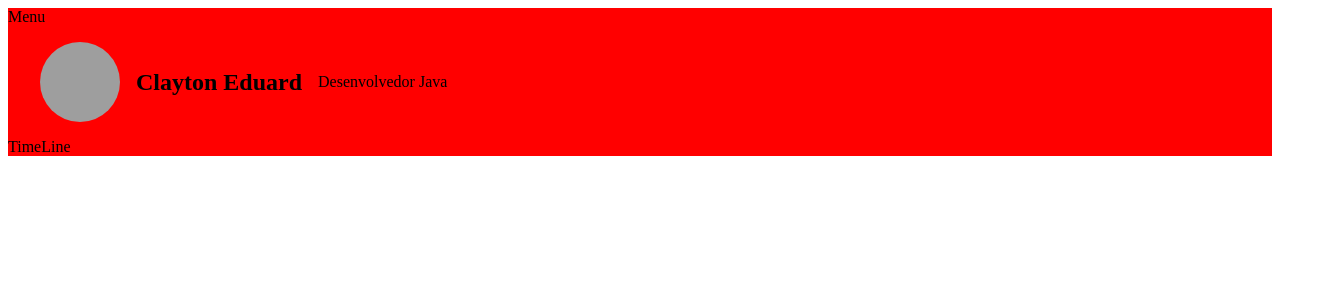
Repository: ClaytonEduard/imersaoaluratube
Page: /
These files come from the project's save history. The page is drawn as it stood at one moment and after the next save; the edit follows.
The browser window is 1280 px wide. The page is 1336 px wide, so the pictures cover 1336 px, including what lies to the right of the window. The pictures show the whole page.
Pictures or frames that could not be fetched are drawn as grey boxes. The project was rebuilt for these pictures with package versions that can differ from the ones it lists, and the page was loaded fresh each time. The framework's server and built-in components were replaced by stand-ins that run in the browser. Also part of the build but not shown: next.config.js.

Above is the page before, as saved 2022-11-10 23:24:06.

After the next save:
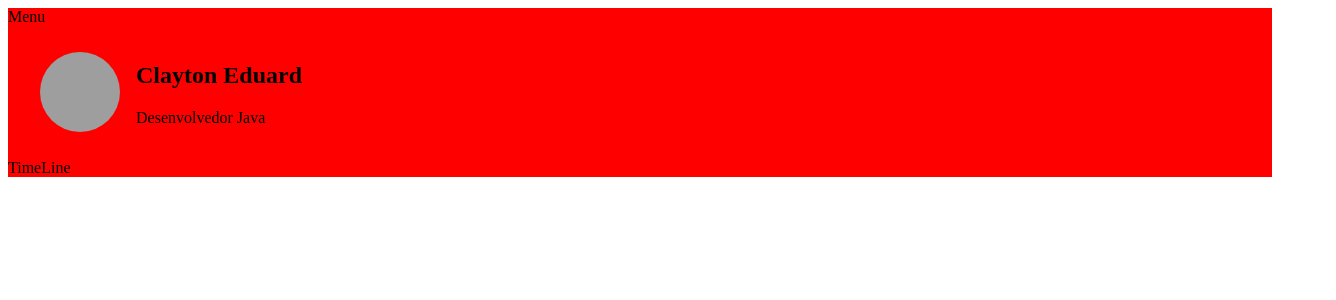
Saved 45 s later.
--- a/pages/index.js
+++ b/pages/index.js
@@ -32,15 +32,17 @@ const StyledHeader = styled.div`
     padding: 16px 32px;
     gap: 16px;
   }
-`;
+`
 function Header () {
   return (
     <StyledHeader>
       {/*<img src='Baner'></img>*/}
       <section className='user-info'>
         <img src={`https://github.com/${config.github}.png`} />
-        <h2>{config.name}</h2>
-        <p>{config.job}</p>
+        <di>
+          <h2>{config.name}</h2>
+          <p>{config.job}</p>
+        </di>
       </section>
     </StyledHeader>
   )
